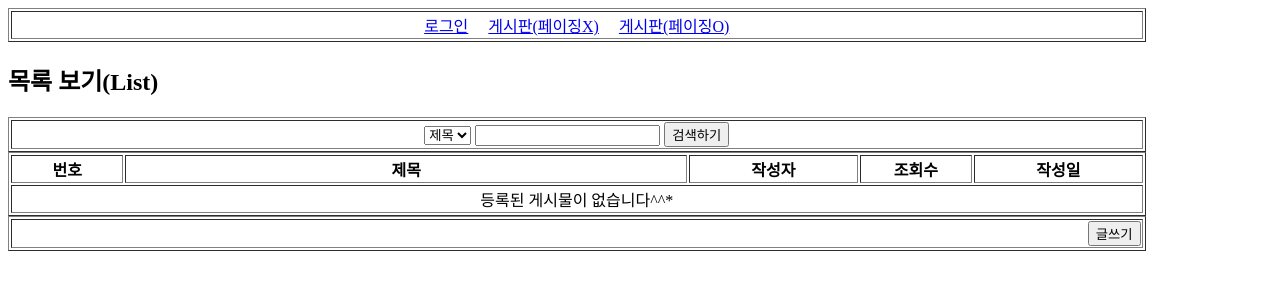
Repository: Motibidu/JSP_Servlet
Page: http://localhost/MushHaveJsp/09PagingBoard/List.jsp
An editor plug-in stored every save of this project. The page is shown before and after the next save, followed by the edit.
The browser window is 1280 px wide. The pictures show the whole page.
The page is served by Tomcat 10. Queries for data that is not in the repository find no rows.

Above is the page before, as saved 2025-05-12 00:58:01.

After the next save:
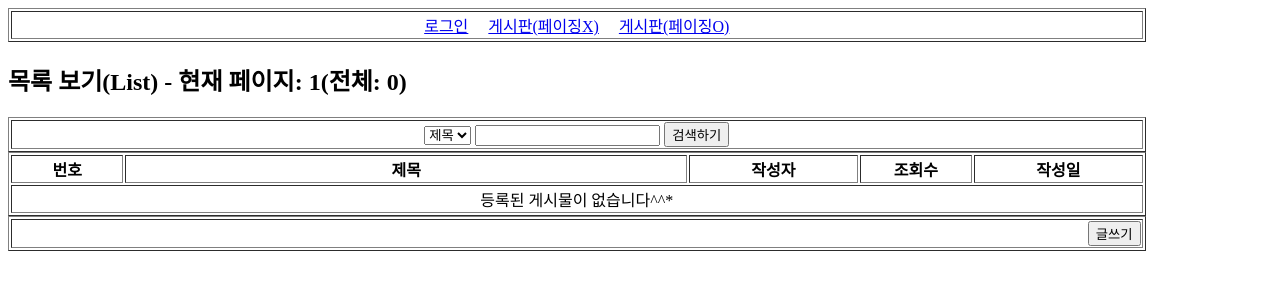
Saved 58 s later.
--- a/MushHaveJsp/src/main/webapp/09PagingBoard/List.jsp
+++ b/MushHaveJsp/src/main/webapp/09PagingBoard/List.jsp
@@ -51,7 +51,7 @@ dao.close();
 <body>
 	<jsp:include page="../Common/Link.jsp" />
 
-	<h2>목록 보기(List)</h2>
+	<h2>목록 보기(List) - 현재 페이지: <%= pageNum %>(전체: <%= totalPage %>)</h2>
 	<form method="get">
 		<table border="1" width="90%">
 			<tr>
